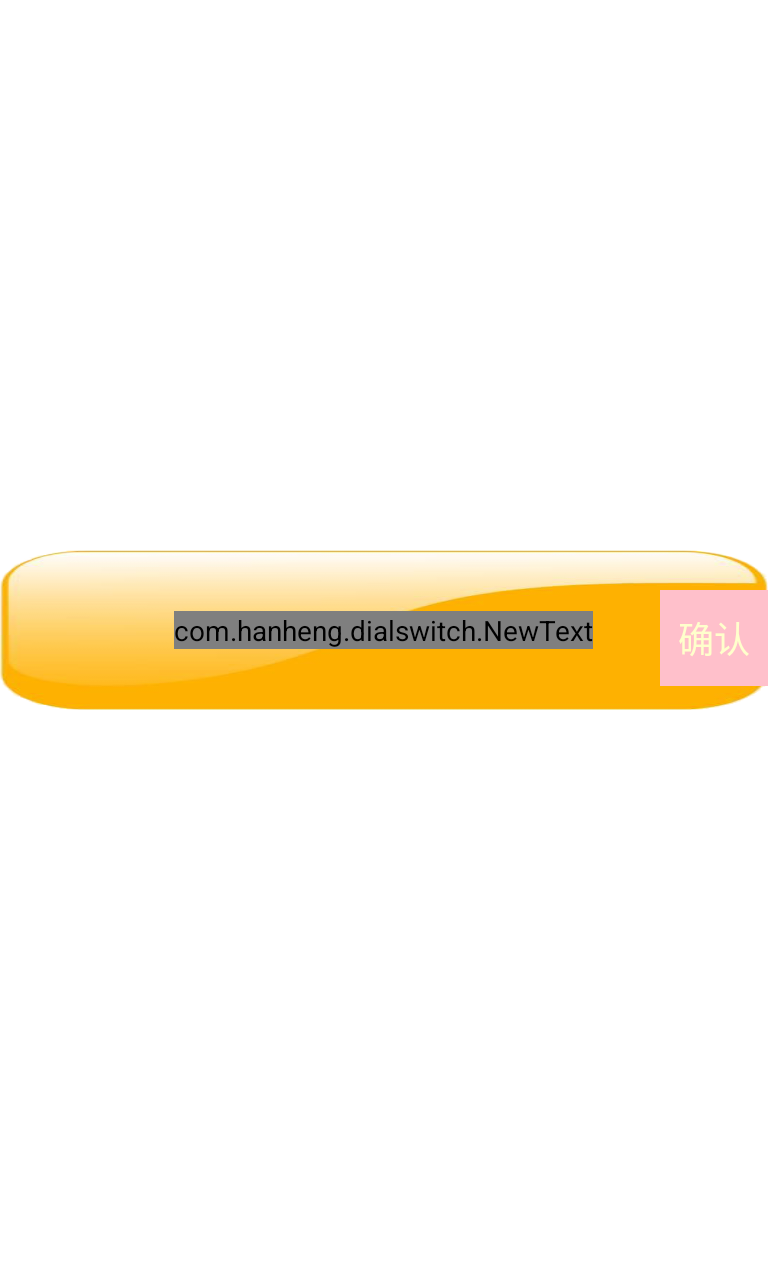
Repository: CovaWang/temporary_embedded
Layout: 7#车联·共享单车/代码/代码/res/layout/display.xml
These files come from the project's save history. The layout is drawn as it stood at one moment and after the next save; the edit follows.
Pictures or frames that could not be fetched are drawn as grey boxes. It is drawn on a 768 x 1280 px phone screen (xhdpi) without system bars, with theme AppTheme; the app's code is not run.

Above is the layout before, as saved 2024-05-15 11:31:55.

### 7#车联·共享单车/代码/代码/res/layout/display.xml
<?xml version="1.0" encoding="utf-8"?>
<LinearLayout xmlns:android="http://schemas.android.com/apk/res/android"
    android:layout_width="match_parent"
    android:layout_height="match_parent"
    android:gravity="center"
    android:orientation="vertical">

    <RelativeLayout
        android:layout_width="wrap_content"
        android:layout_height="80dp"
        android:layout_marginBottom="10dp"
        android:background="@drawable/btn">

        <com.hanheng.dialswitch.NewText
            android:layout_width="wrap_content"
            android:layout_height="wrap_content"
            android:layout_centerInParent="true"
            android:gravity="center"
            android:text="8888"
            android:textColor="#66C0C0C0"
            android:textSize="60dp"
            android:textStyle="bold" />

        <com.hanheng.dialswitch.NewText
            android:id="@+id/counterText"
            android:layout_width="wrap_content"
            android:layout_height="wrap_content"
            android:layout_centerInParent="true"
            android:layout_marginTop="5dp"
            android:gravity="center"
            android:text="0000"
            android:textSize="60dp"
            android:textStyle="bold" />
      <Button
        android:id="@+id/temp_btn"
        android:layout_width="wrap_content"
        android:layout_height="wrap_content"
        android:layout_marginTop="20dp"
        android:layout_marginLeft="330dp"
        android:background="#FFC0CB"
        android:text="确认"
        android:textColor="#FFC" />

    </RelativeLayout>

</LinearLayout>

### 7#车联·共享单车/代码/代码/res/values/styles.xml
<resources>

    <!--
        Base application theme, dependent on API level. This theme is replaced
        by AppBaseTheme from res/values-vXX/styles.xml on newer devices.

    -->
    <style name="AppBaseTheme" parent="android:Theme.Light">
        <!--
            Theme customizations available in newer API levels can go in
            res/values-vXX/styles.xml, while customizations related to
            backward-compatibility can go here.

        -->
    </style>

    <!-- Application theme. -->
    <style name="AppTheme" parent="AppBaseTheme">
        <!-- All customizations that are NOT specific to a particular API-level can go here. -->
    </style>
    <!-- 高宽都包裹内容 -->
    <style name="wrapcontent">
        <item name="android:layout_width">wrap_content</item>
        <item name="android:layout_height">wrap_content</item>
    </style>

    <!-- 自定义对话框样式 -->
    <style name="dialog_custom" parent="android:style/Theme.Dialog">
        <item name="android:windowFrame">@null</item>
        <item name="android:windowNoTitle">true</item>
        <item name="android:background">#00000000</item>
        <item name="android:windowBackground">@android:color/transparent</item>
    </style>
    <!-- TextView 16sp样式 -->
    <style name="textview16sp" parent="wrapcontent">
        <item name="android:textSize">16sp</item>
        <item name="android:gravity">center_vertical</item>
    </style>

    <!-- TextView 14sp样式 -->
    <style name="textview12sp" parent="wrapcontent">
        <item name="android:textSize">12sp</item>
        <item name="android:gravity">center_vertical</item>
    </style>
    <!-- TextView 14sp样式 -->
    <style name="textview14sp" parent="wrapcontent">
        <item name="android:textSize">14sp</item>
        <item name="android:gravity">center_vertical</item>
    </style>

    <!-- 宽度为0dp,高度为包裹内容，权重为1 -->
    <style name="zero_widthwrapcontent">
        <item name="android:layout_width">0dp</item>
        <item name="android:layout_height">wrap_content</item>
        <item name="android:layout_weight">1</item>
    </style>

    <!-- 黄色14sp,图片间距为5dp的textview -->
    <style name="tvyellow14sp" parent="zero_widthwrapcontent">
        <item name="android:textSize">14sp</item>
        <item name="android:drawablePadding">3dp</item>
        <item name="android:gravity">center</item>
        <item name="android:textColor">@color/bright_yellow</item>
    </style>

</resources>

Loaded but not shown: 7#车联·共享单车/代码/代码/res/values-v11/styles.xml (common file); 7#车联·共享单车/代码/代码/res/values-v14/styles.xml (common file)

After the next save:
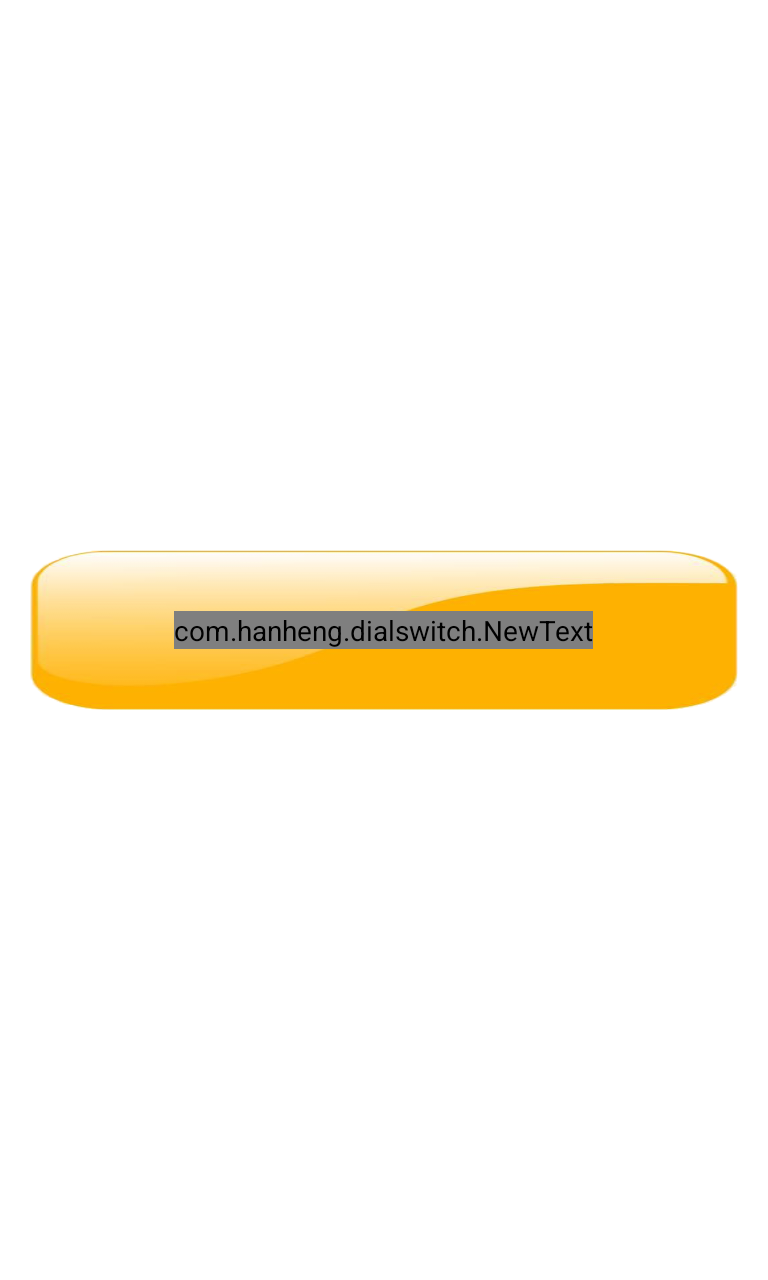
Saved 3 min 4 s later.
--- a/7#车联·共享单车/代码/代码/res/layout/display.xml
+++ b/7#车联·共享单车/代码/代码/res/layout/display.xml
@@ -5,7 +5,7 @@
     android:gravity="center"
     android:orientation="vertical">
 
-    <RelativeLayout
+  <RelativeLayout
         android:layout_width="wrap_content"
         android:layout_height="80dp"
         android:layout_marginBottom="10dp"
@@ -31,15 +31,7 @@
             android:text="0000"
             android:textSize="60dp"
             android:textStyle="bold" />
-      <Button
-        android:id="@+id/temp_btn"
-        android:layout_width="wrap_content"
-        android:layout_height="wrap_content"
-        android:layout_marginTop="20dp"
-        android:layout_marginLeft="330dp"
-        android:background="#FFC0CB"
-        android:text="确认"
-        android:textColor="#FFC" />
+
 
     </RelativeLayout>
 
